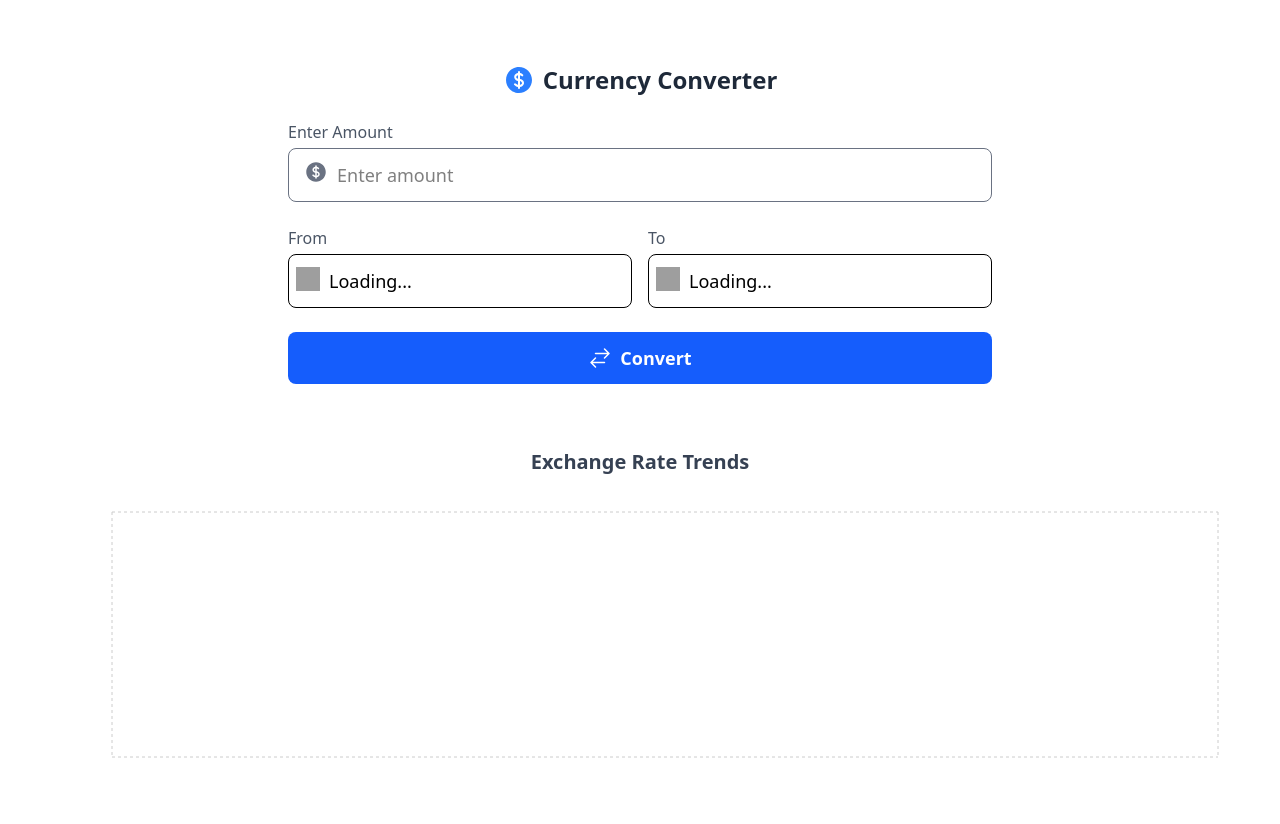
Repository: adrcstro/withcenter_developer_exam
Page: /
These files come from the project's save history. The page is drawn as it stood at one moment and after a run of saves; the edit follows.
The browser window is 1280 px wide. The pictures show the whole page.
Pictures or frames that could not be fetched are drawn as grey boxes. The page's requests for data from a server got no answer. The project was rebuilt for these pictures with package versions that can differ from the ones it lists, and the page was loaded fresh each time. No one was signed in, and anything a server would have sent is missing. Also part of the build but not shown: vite.config.ts.

Above is the page before, as saved 2025-03-18 14:20:13.

After the next 2 saves:
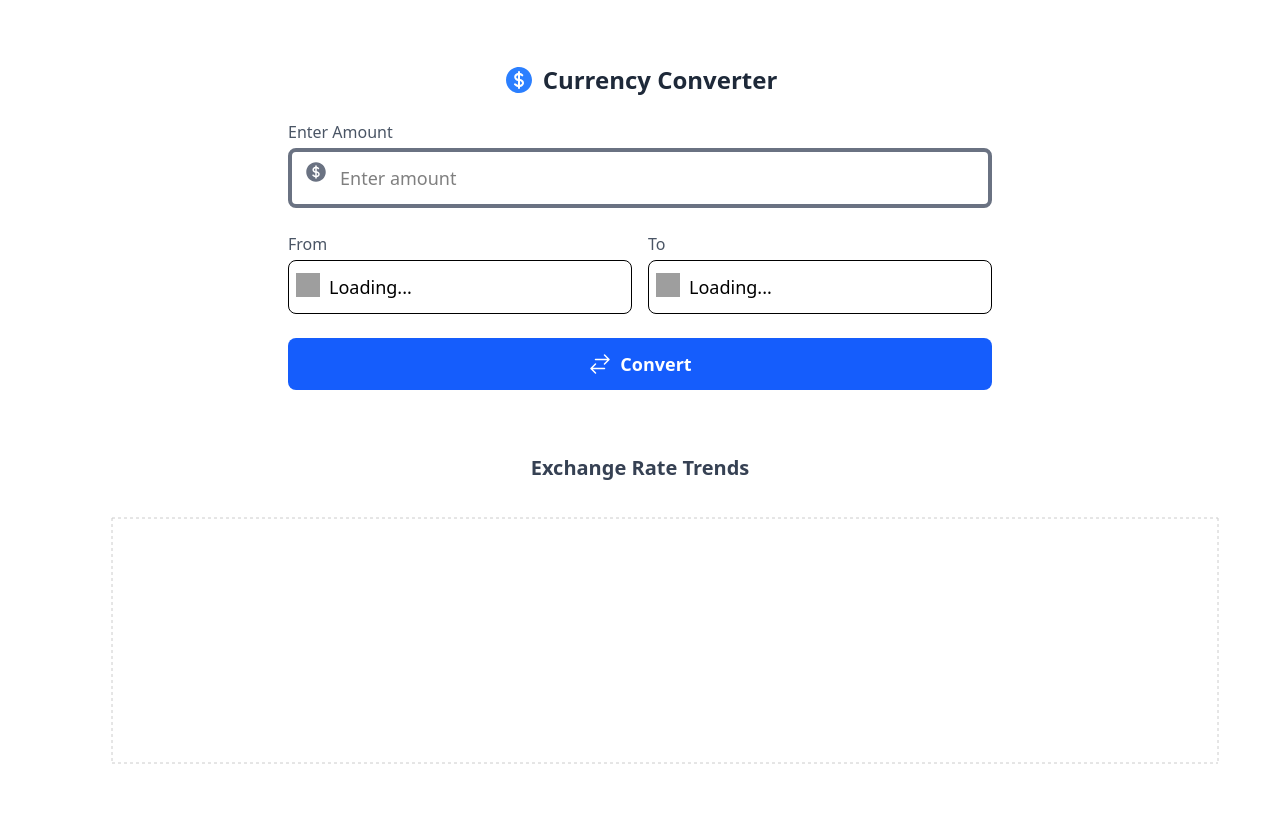
The 2 saves are shown as one change because they came seconds apart.
The last was saved 9 s later.
--- a/src/App.tsx
+++ b/src/App.tsx
@@ -76,7 +76,7 @@ function CurrencyConverter() {
                 type="number"
                 value={amount}
                 onChange={(e) => dispatch(setAmount(e.target.value))}
-                className="w-full mt-1 pl-12 pr-4 py-3 border border-gray-500 rounded-lg text-lg focus:outline-none focus:ring-2 focus:ring-blue-400"
+                className="w-full mt-1 pl-12 pr-4 py-3 border-4 border-gray-500 rounded-lg text-lg focus:outline-none focus:ring-2 focus:ring-blue-400"
                 placeholder="Enter amount"
               />
               <CurrencyDollarIcon className="w-6 h-6 text-gray-500 absolute left-4 top-4" />
